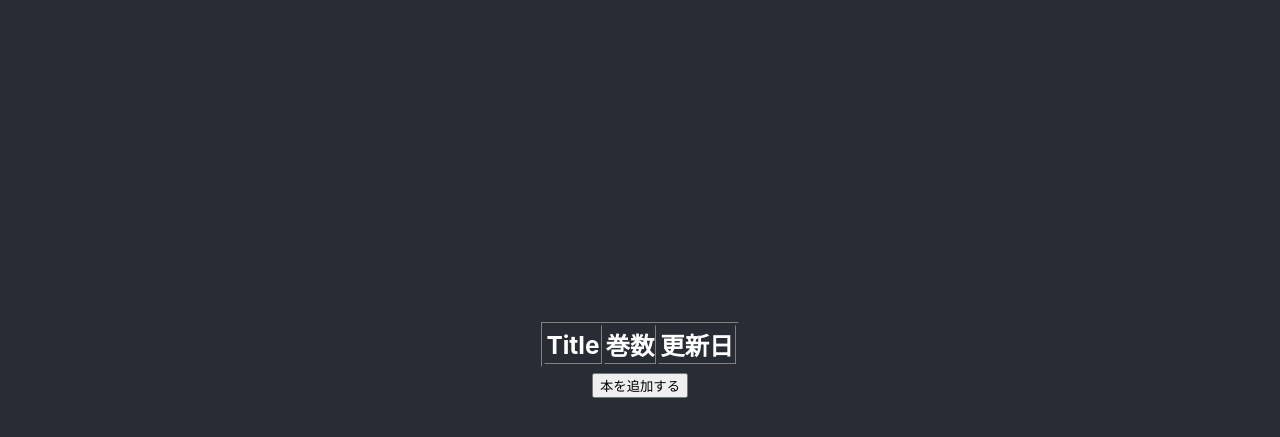
Repository: shotanobukuni/BooksManage
Page: / (app in frontend/app/)
These files come from the project's save history. The page is drawn as it stood at one moment and after the next save; the edit follows.
The browser window is 1280 px wide. The pictures show the whole page.
The page's requests for data from a server got no answer. The project was rebuilt for these pictures with package versions that can differ from the ones it lists, and the page was loaded fresh each time. No one was signed in, and anything a server would have sent is missing.

Above is the page before, as saved 2021-02-24 20:27:55.

### frontend/app/src/App.js
import './App.css';
import BooskManageView from './components/BooskManageView';

function App() {
  return (
    <div className="App">
      <header className="App-header">
        <BooskManageView />
      </header>
    </div>
  );
}

export default App;

### frontend/app/src/components/BooskManageView.js
import React, {useState, useEffect} from 'react'
import axios from 'axios'
import AddNewBook from './AddNewBook'

function BooskManageView() {
    // Get All Books Data
    const [bookList, setBookList] = useState([])
    useEffect(() => {
        axios.get(`http://127.0.0.1:8000/api/books/`)
        .then(res => {setBookList(res.data)})
    }, [])
    return (
        <div>
            <table border="1">
                <tr>
                    <th>Title</th>
                    <th>巻数</th>
                    <th>更新日</th>
                </tr>
                {
                    bookList.map(book => <tr>
                        <td>{book.title}</td>
                        <td>{book.turns}</td>
                        <td>{book.updated_at}</td>
                    </tr>)
                }
            </table>
            <AddNewBook />
        </div>
    )
}

export default BooskManageView

### frontend/app/src/components/AddNewBook.js
import React from 'react'

const AddNewBook = () => {
    return (
        <div>
            <button>本を追加する</button>
        </div>
    )
}

export default AddNewBook

Loaded but not shown: frontend/app/public/index.html (common file); frontend/app/src/index.js (common file); frontend/app/src/index.css (common file); frontend/app/src/reportWebVitals.js (common file); frontend/app/src/App.css (common file)

After the next save:
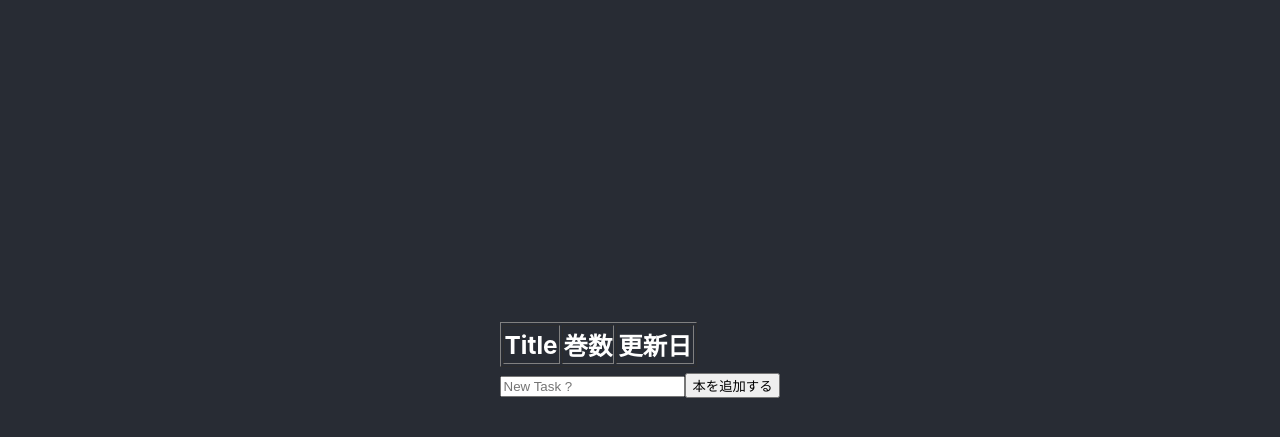
Saved 7 min 42 s later.
--- a/frontend/app/src/components/AddNewBook.js
+++ b/frontend/app/src/components/AddNewBook.js
@@ -3,6 +3,7 @@ import React from 'react'
 const AddNewBook = () => {
     return (
         <div>
+            <input type='text' name='title' placeholder='New Task ?' required />
             <button>本を追加する</button>
         </div>
     )
